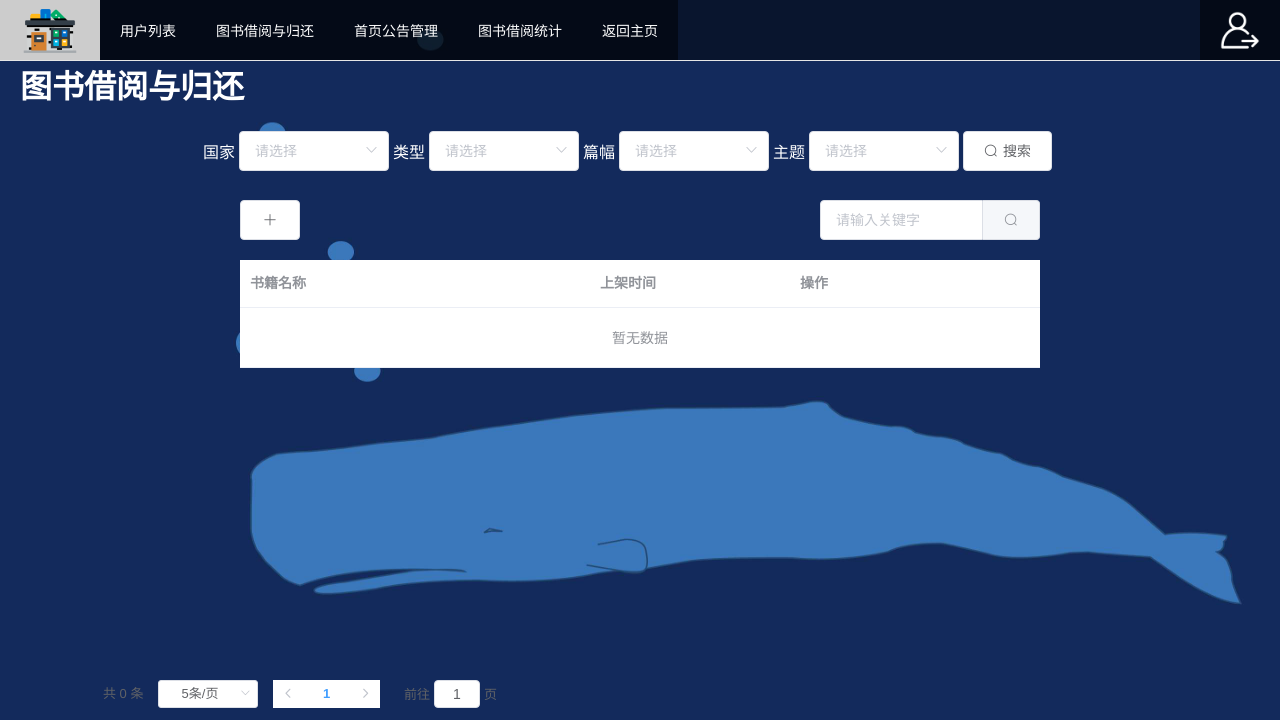
Repository: Akron-xz/helloVue
Page: /#/booksearch (app in vue-library/)
The author's editor kept a copy of each file at every save. The page is drawn from the files as they stood at one save, then again after the next save.
The browser window is 1280 px wide. The pictures show the whole page.
The page's requests for data from a server got no answer. The project was rebuilt for these pictures with package versions that can differ from the ones it lists, and the page was loaded fresh each time. No one was signed in, and anything a server would have sent is missing. Also part of the build but not shown: vue-library/src/components/homeNav.vue, vue-library/src/views/Home.vue.

Above is the page before, as saved 2020-11-25 21:22:29.

After the next save:
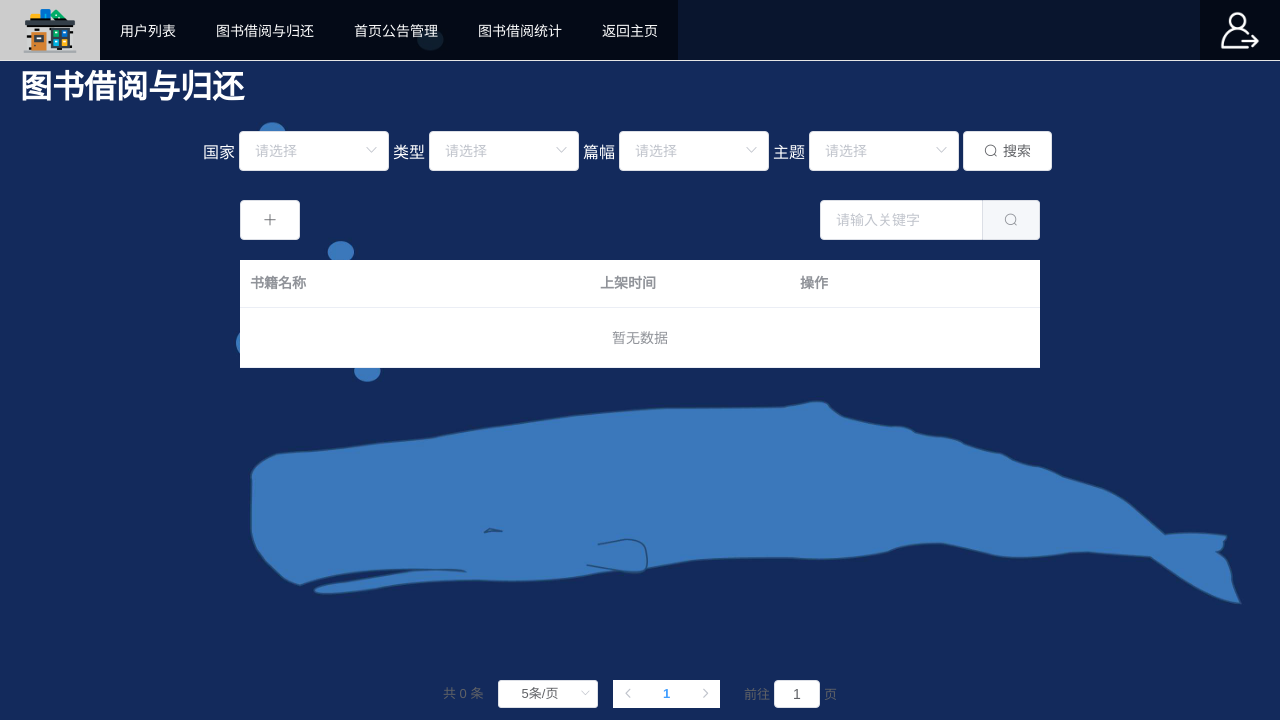
Saved 28 s later.
--- a/vue-library/src/views/BookSearch.vue
+++ b/vue-library/src/views/BookSearch.vue
@@ -688,5 +688,7 @@ margin-right: -407px;
   position: fixed;
   bottom: 10px;
   width: 600px;
+  left: 50%;
+  margin-left: -300px;
 }
 </style>
